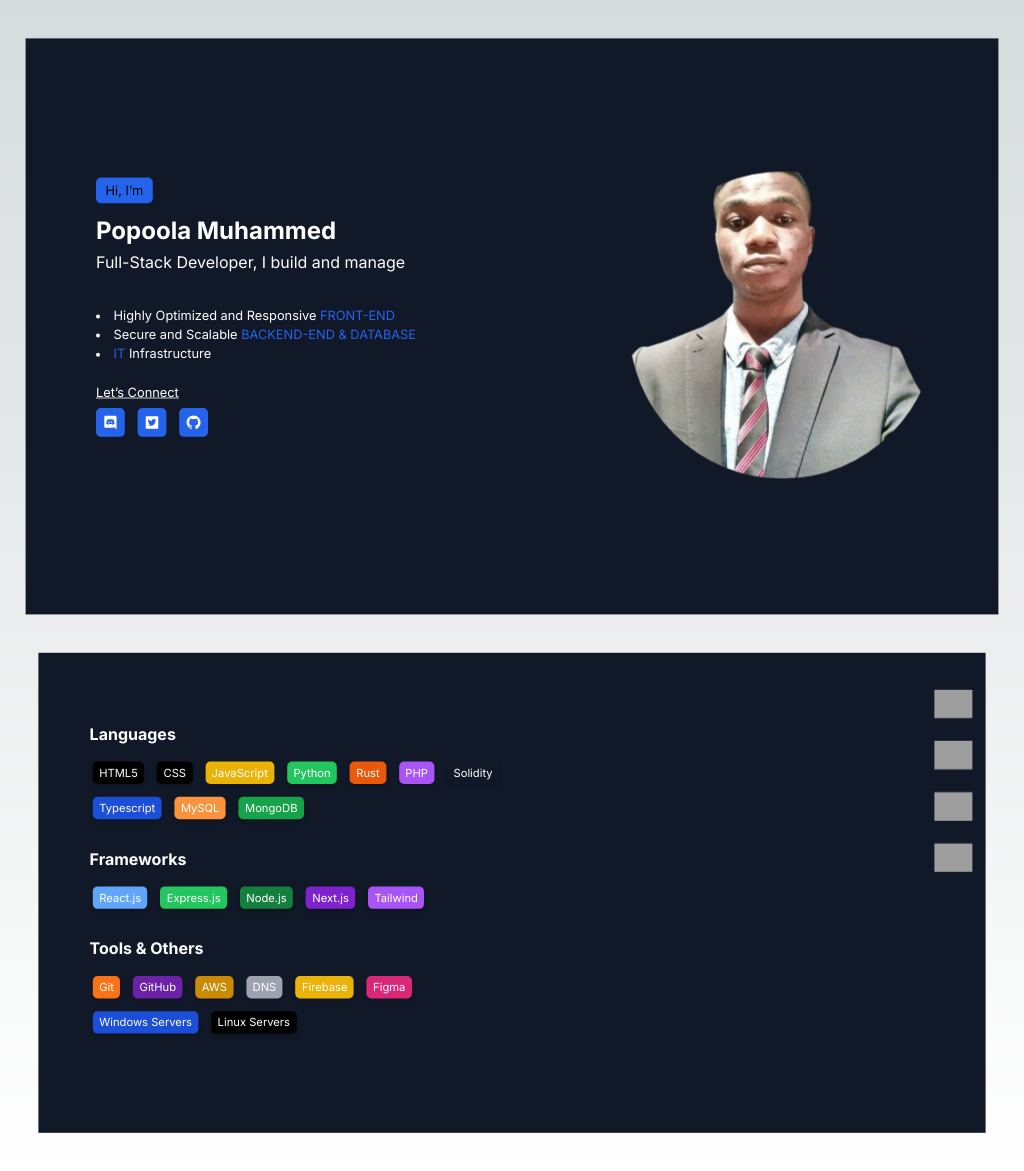
Repository: muhammedctgr/hammedctgr
Page: /
An editor plug-in stored every save of this project. The page is shown before and after a run of saves, followed by the edit.
The browser window is 1280 px wide. The pictures show the whole page, at 80% of full size.
Pictures or frames that could not be fetched are drawn as grey boxes. The project was rebuilt for these pictures with package versions that can differ from the ones it lists, and the page was loaded fresh each time. The framework's server and built-in components were replaced by stand-ins that run in the browser. Also part of the build but not shown: next.config.mjs.

Above is the page before, as saved 2024-08-01 15:15:26.

### app/layout.tsx
import type { Metadata } from "next";
import { Inter } from "next/font/google";
import "./globals.css";

const inter = Inter({ subsets: ["latin"] });

export const metadata: Metadata = {
  title: "Popoola Muhammed",
  description: "Generated by create next app",
};

export default function RootLayout({
  children,
}: Readonly<{
  children: React.ReactNode;
}>) {
  return (
    <html lang="en">
      <body className={inter.className}>{children}</body>
    </html>
  );
}

### app/page.tsx
import Head from 'next/head';
import Hero from '../components/Hero';
import SkillsSection from '@/components/SkillsSection';


const Home = () => (
  <div>
    <Head>
      <title>Popoola Muhammed</title>
      <meta name="description" content="Welcome to my developer portfolio" />
    </Head>

    <Hero />
    <SkillsSection />
  </div>
);

export default Home;

### app/globals.css
@tailwind base;
@tailwind components;
@tailwind utilities;

:root {
  --foreground-rgb: 0, 0, 0;
  --background-start-rgb: 214, 219, 220;
  --background-end-rgb: 255, 255, 255;
}

@media (prefers-color-scheme: dark) {
  :root {
    --foreground-rgb: 255, 255, 255;
    --background-start-rgb: 0, 0, 0;
    --background-end-rgb: 0, 0, 0;
  }
}

body {
  color: rgb(var(--foreground-rgb));
  background: linear-gradient(
      to bottom,
      transparent,
      rgb(var(--background-end-rgb))
    )
    rgb(var(--background-start-rgb));
}

@layer utilities {
  .text-balance {
    text-wrap: balance;
  }
}


@keyframes upDown {
  0%, 100% {
    transform: translateY(0);
  }
  50% {
    transform: translateY(-10px); /* Adjust the value as needed */
  }
}

.animate-upDown {
  animation: upDown 2s infinite ease-in-out; /* Adjust duration as needed */
}

### components/Hero.tsx
import Image from 'next/image';
import profilePic from '../public/profile.png';
import { AiFillDiscord, AiFillGithub, AiFillTwitterSquare, AiFillX } from 'react-icons/ai';

const Hero = () => {
  return (
    <section className="bg-gray-900 m-12 mx-8  text-white min-h-screen flex items-center">
      <div className="container mx-auto flex flex-col md:flex-row items-center">
        <div className="flex-1 text-left md:text-left p-8  m-14 mt-2">
          <div className="inline-block bg-blue-600 text-black py-1 px-3 mb-4 rounded-md">
            Hi, I’m
          </div>
          <div className="mb-10">
          <h1 className="text-2xl md:text-3xl font-bold">Popoola Muhammed</h1>
          <p className="mt-2  md:text-xl">Full-Stack Developer, I build and manage</p>
          </div>
          <ul className="mt-4 list-disc list-inside whitespace-nowrap">
            <li>Highly Optimized and Responsive <span className="text-blue-600">FRONT-END</span></li>
            <li>Secure and Scalable <span className="text-blue-600">BACKEND-END & DATABASE</span></li>
            <li><span className="text-blue-600">IT</span> Infrastructure</li>
          </ul>
          <div className="mt-6">
            <a href="#contact" className=" underline">Let’s Connect</a>
            <div className="mt-2 flex md:justify-start space-x-4">
              <a href="#" className="bg-blue-600 p-2 rounded-md">
                <AiFillDiscord size={20} />
              </a>
              <a href="#" className="bg-blue-600 p-2 rounded-md">
                <AiFillTwitterSquare size={20} />
              </a>
              <a href="#" className="bg-blue-600 p-2 rounded-md">
                <AiFillGithub size={20} />
              </a>
            </div>
          </div>
        </div>
        <div className="flex-1 p-5">
          <div className="relative w-48 h-48 mx-auto md:w-72 md:h-72 lg:w-96 lg:h-96">
            <Image src={profilePic} alt="Popoola Muhammed" layout="fill" className="rounded-full object-cover animate-upDown" />
          </div>
        </div>
      </div>
    </section>
  );
};

export default Hero;

### components/SkillsSection.tsx
import Image from 'next/image';
import { FC } from 'react';

interface SkillCategory {
  title: string;
  skills: { name: string; color: string; }[];
}

const skills: SkillCategory[] = [
  {
    title: "Languages",
    skills: [
      { name: "HTML5", color: "bg-black" },
      { name: "CSS", color: "bg-black"},
      { name: "JavaScript", color: "bg-yellow-500" },
      { name: "Python", color: "bg-green-500" },
      { name: "Rust", color: "bg-orange-600" },
      { name: "PHP", color: "bg-purple-500" },
      { name: "Solidity", color: "bg-black-500" },
      { name: "Typescript", color: "bg-blue-700" },
      { name: "MySQL", color: "bg-orange-400" },
      { name: "MongoDB", color: "bg-green-600" },
    ],
  },
  {
    title: "Frameworks",
    skills: [
      { name: "React.js", color: "bg-blue-400" },
      { name: "Express.js", color: "bg-green-500" },
      { name: "Node.js", color: "bg-green-700" },
      { name: "Next.js", color: "bg-purple-700" },
      { name: "Tailwind", color: "bg-purple-500" },
    ],
  },
  {
    title: "Tools & Others",
    skills: [
      { name: "Git", color: "bg-orange-500" },
      { name: "GitHub", color: "bg-purple-800" },
      { name: "AWS", color: "bg-yellow-600" },
      { name: "DNS", color: "bg-gray-400" },
      { name: "Firebase", color: "bg-yellow-500" },
      { name: "Figma", color: "bg-pink-600" },
      { name: "Windows Servers", color: "bg-blue-700" },
      { name: "Linux Servers", color: "bg-black" },
    ],
  },
];

const icons = [
  "/icons/html5.svg", // Replace with your icon paths
  "/icons/css3.svg",
  "/icons/javascript.svg",
  "/icons/python.svg",
  // Add the rest of the icons as needed
];

const SkillsSection: FC = () => {
  return (
    <section className="py-10 m-12 bg-gray-900 text-white">
      <div className="container mx-auto px-4 flex flex-col md:flex-row">
        <div className="flex-1 m-12">
          {skills.map((category) => (
            <div key={category.title} className="mb-8">
              <h2 className="text-xl font-bold mb-4">{category.title}</h2>
              <div className="flex flex-wrap gap-2">
                {category.skills.map((skill) => (
                  <span
                    key={skill.name}
                    className={`px-2 py-1 m-1 rounded-md text-sm ${skill.color} shadow-md`}
                  >
                    {skill.name}
                  </span>
                ))}
              </div>
            </div>
          ))}
        </div>
        <div className="flex-1 flex flex-col items-center md:items-end">
          <div className="grid grid-cols-3 md:grid-cols-1 gap-4">
            {icons.map((src, index) => (
              <div key={index} className="w-12 h-12 relative">
                <Image src={src} alt={`icon-${index}`} layout="fill" objectFit="contain" />
              </div>
            ))}
          </div>
        </div>
      </div>
    </section>
  );
};

export default SkillsSection;

Loaded but not shown: tailwind.config.ts (common file)

After the next 2 saves:
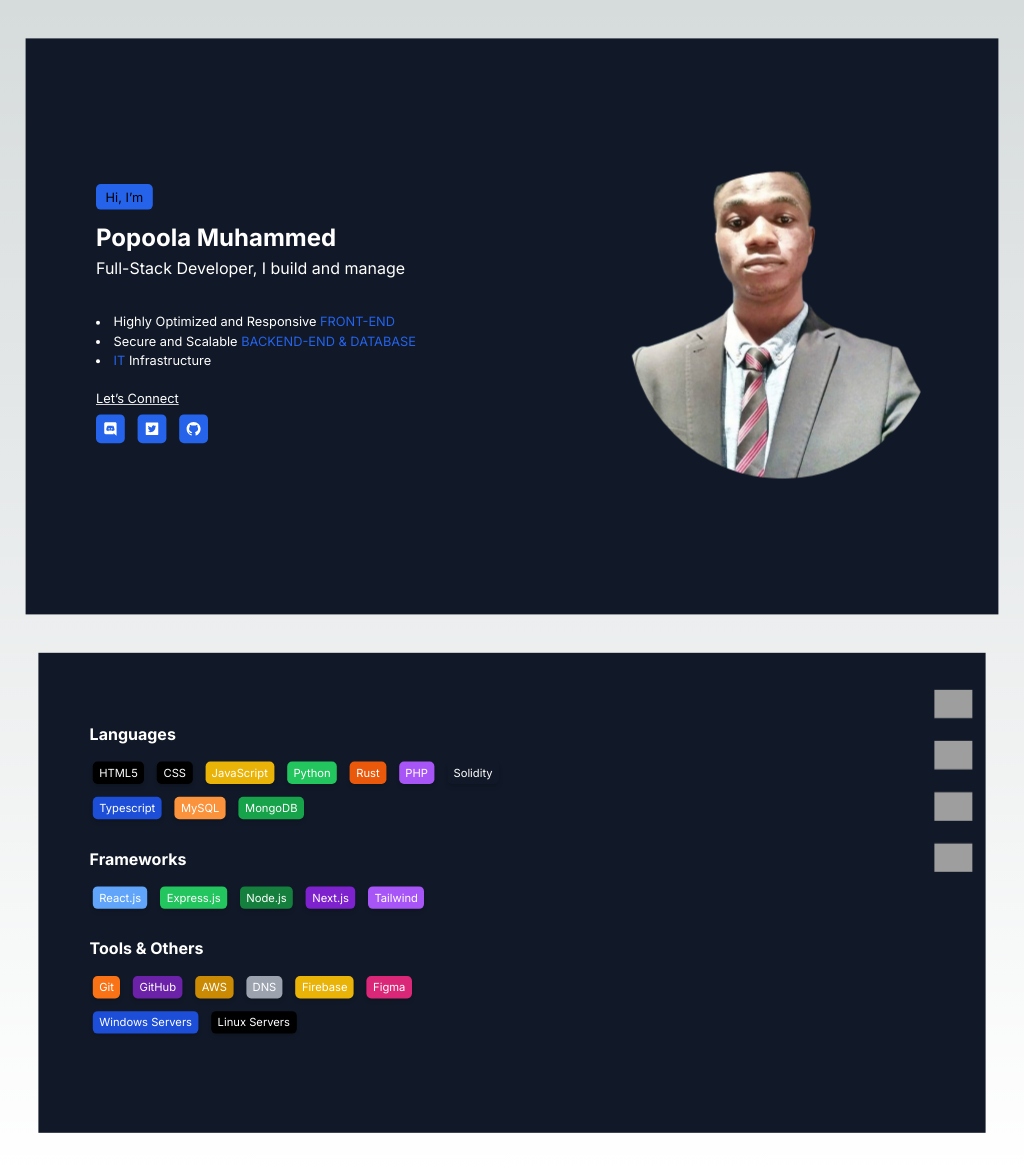
The 2 saves are shown as one change because they came seconds apart.
The last was saved 6 s later.
--- a/components/Hero.tsx
+++ b/components/Hero.tsx
@@ -6,7 +6,7 @@ const Hero = () => {
   return (
     <section className="bg-gray-900 m-12 mx-8  text-white min-h-screen flex items-center">
       <div className="container mx-auto flex flex-col md:flex-row items-center">
-        <div className="flex-1 text-left md:text-left p-8  m-14 mt-2">
+        <div className="flex-1 text-left md:text-left p-8 pt-12 m-14 mt-2">
           <div className="inline-block bg-blue-600 text-black py-1 px-3 mb-4 rounded-md">
             Hi, I’m
           </div>
